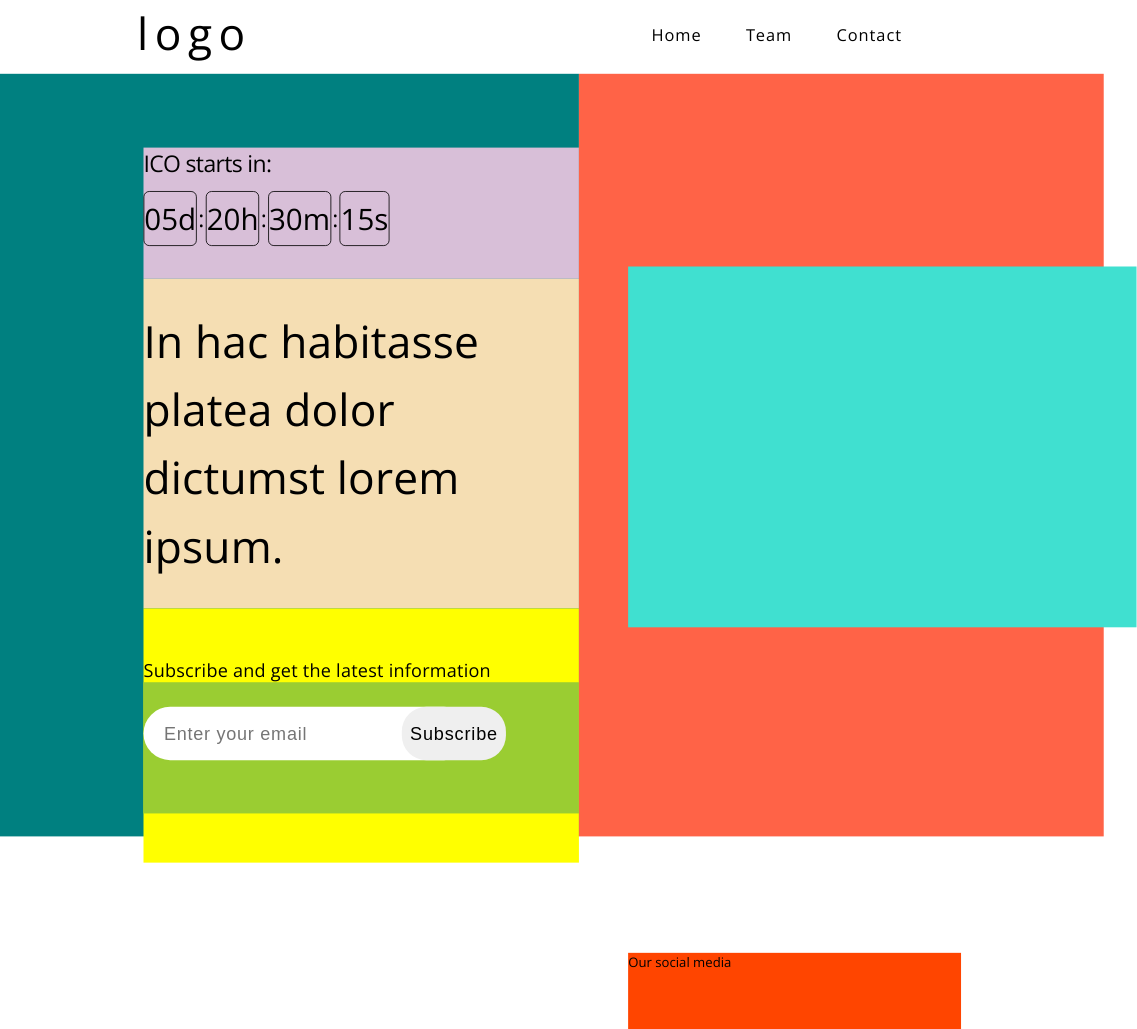
Repository: McGregorSt/newOne
Page: index.html
The author's editor kept a copy of each file at every save. The page is drawn from the files as they stood at one save, then again after the next save.
The browser window is 1280 px wide. The page is 1386 px wide, so the pictures cover 1386 px, including what lies to the right of the window. The pictures show the whole page, at 82% of full size.

Above is the page before, as saved 2019-12-13 18:48:55.

After the next save:
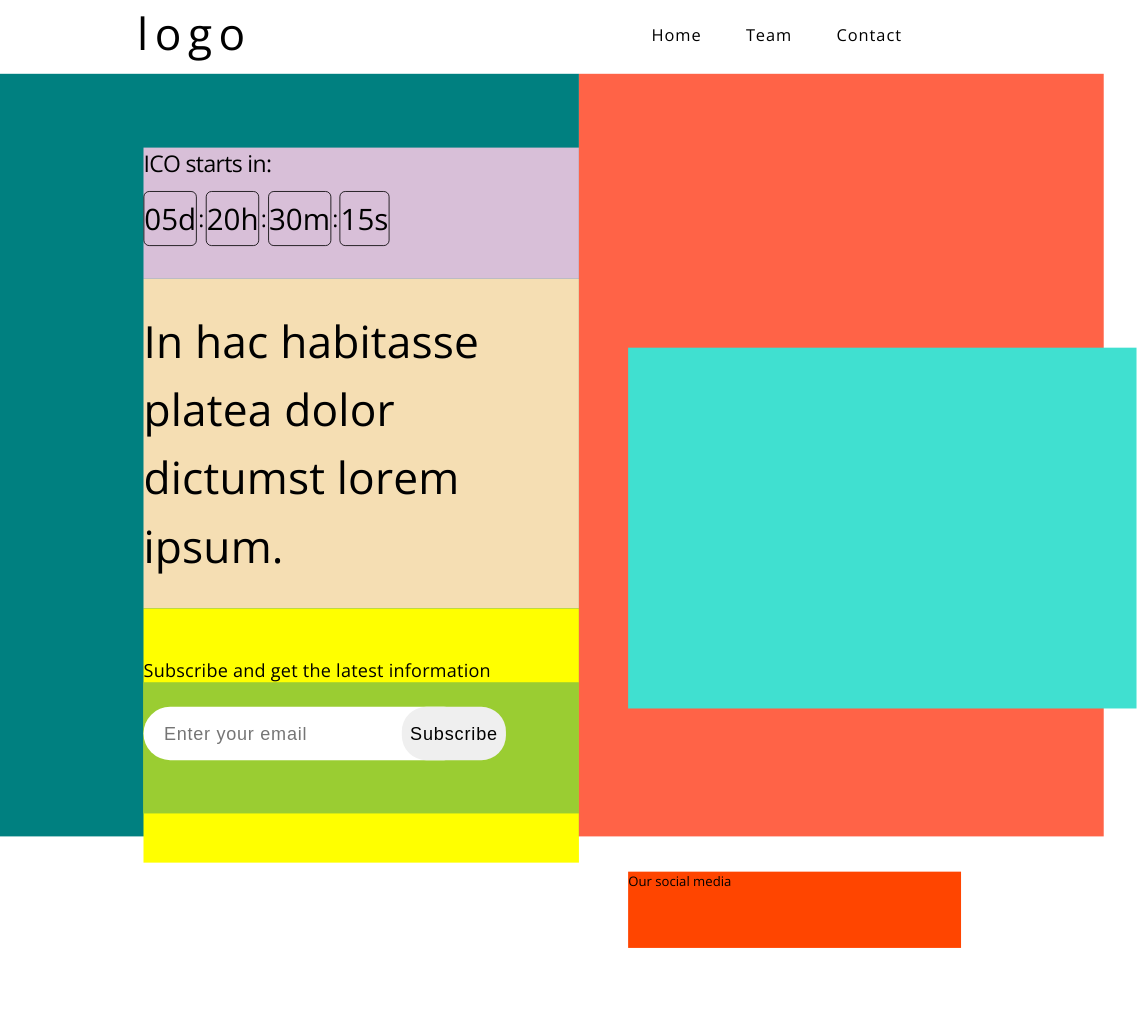
Saved 26 s later.
--- a/css/style.css
+++ b/css/style.css
@@ -128,7 +128,7 @@ body {
   height: 100%;
   display: flex;
   flex-direction: column;
-  justify-content: space-between;
+  justify-content: space-around;
   padding: 235px 0 0 60px;
 }
 .media__player {
